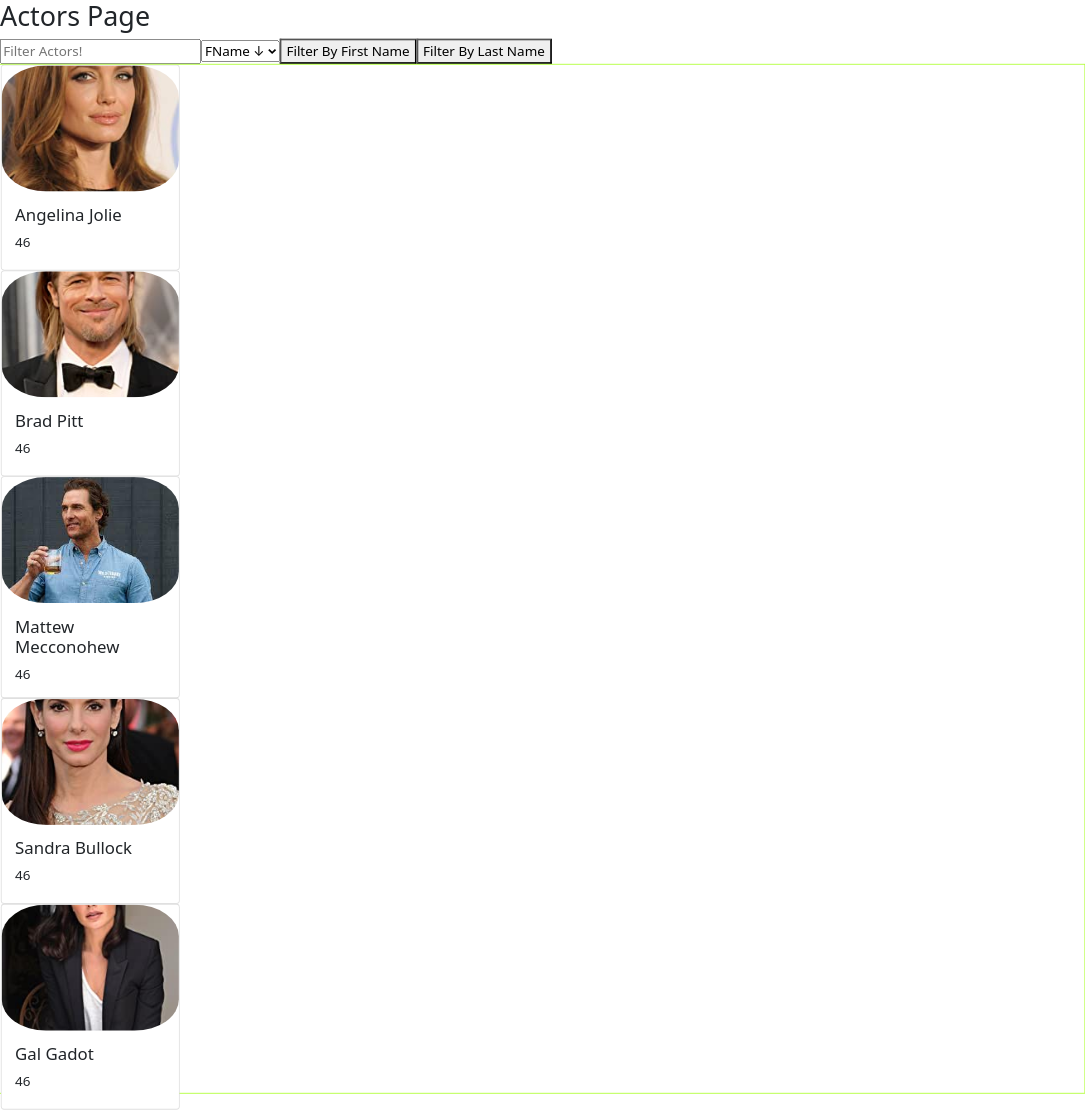
Repository: shuroo/FECourse-react-movieapp
Page: /
An editor plug-in stored every save of this project. The page is shown before and after the next save, followed by the edit.
The browser window is 1280 px wide. The page is 1292 px wide, so the pictures cover 1292 px, including what lies to the right of the window. The pictures show the whole page, at 84% of full size.
The project was rebuilt for these pictures with package versions that can differ from the ones it lists, and the page was loaded fresh each time. Also part of the build but not shown: src/App.css.

Above is the page before, as saved 2021-07-25 11:09:55.

After the next save:
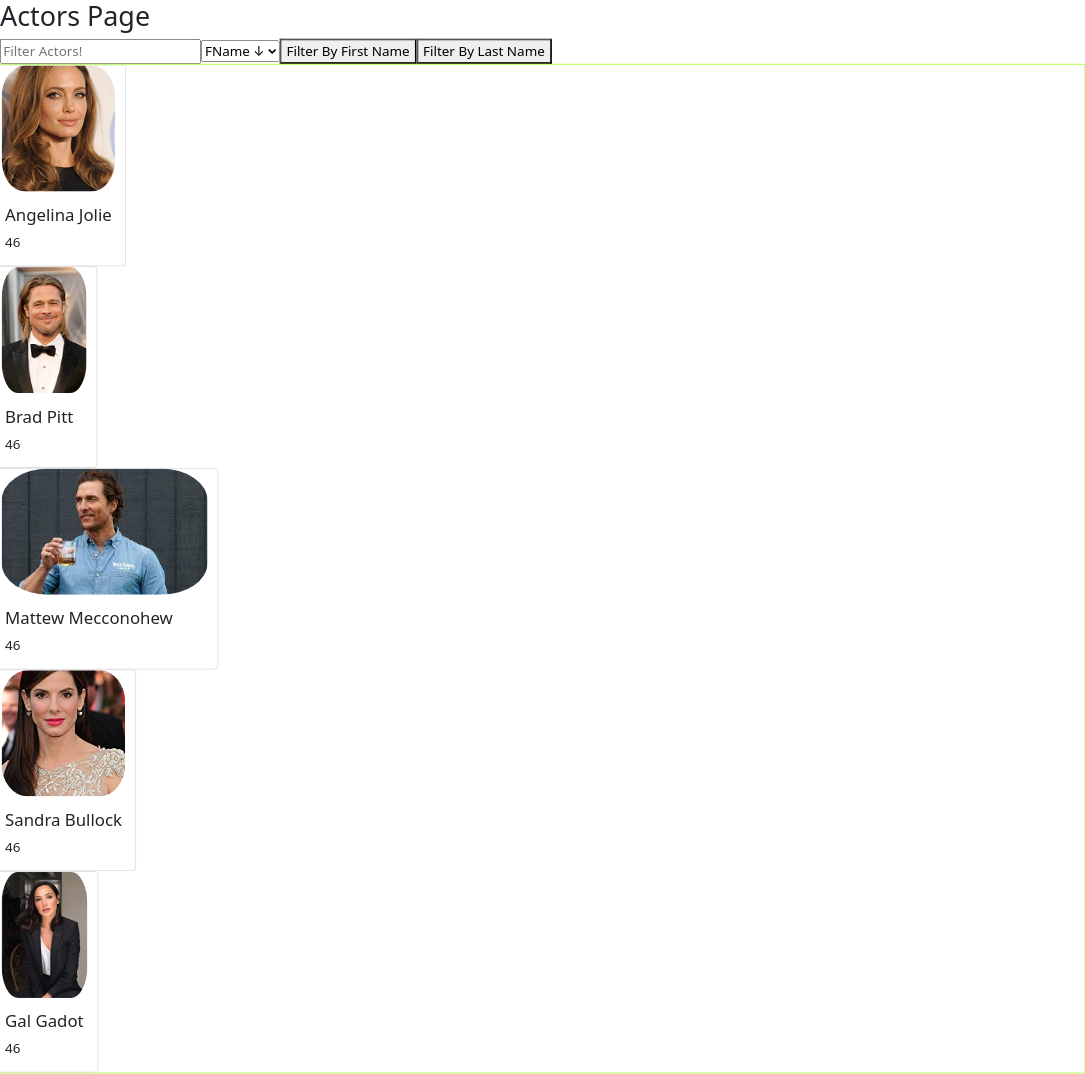
Saved 4 min 35 s later.
--- a/src/components/CardComponent.jsx
+++ b/src/components/CardComponent.jsx
@@ -5,7 +5,7 @@
 
 	return (
 
-<div className="card  col col-md-2 col-lg-2 col-sm-2 " onClick={(e)=>(window.open(actor.imdbLink, '_blank'))}>
+<div className="card  row row-md-2 row-lg-2 row-sm-2 " onClick={(e)=>(window.open(actor.imdbLink, '_blank'))}>
   <img className="actorImg card-img-top" src={actor.image} alt={actor.firstName+" "+actor.lastName}/>
   <div className="card-body">
     <h5 className="card-title">{actor.firstName} {actor.lastName}</h5>

After the save that followed:
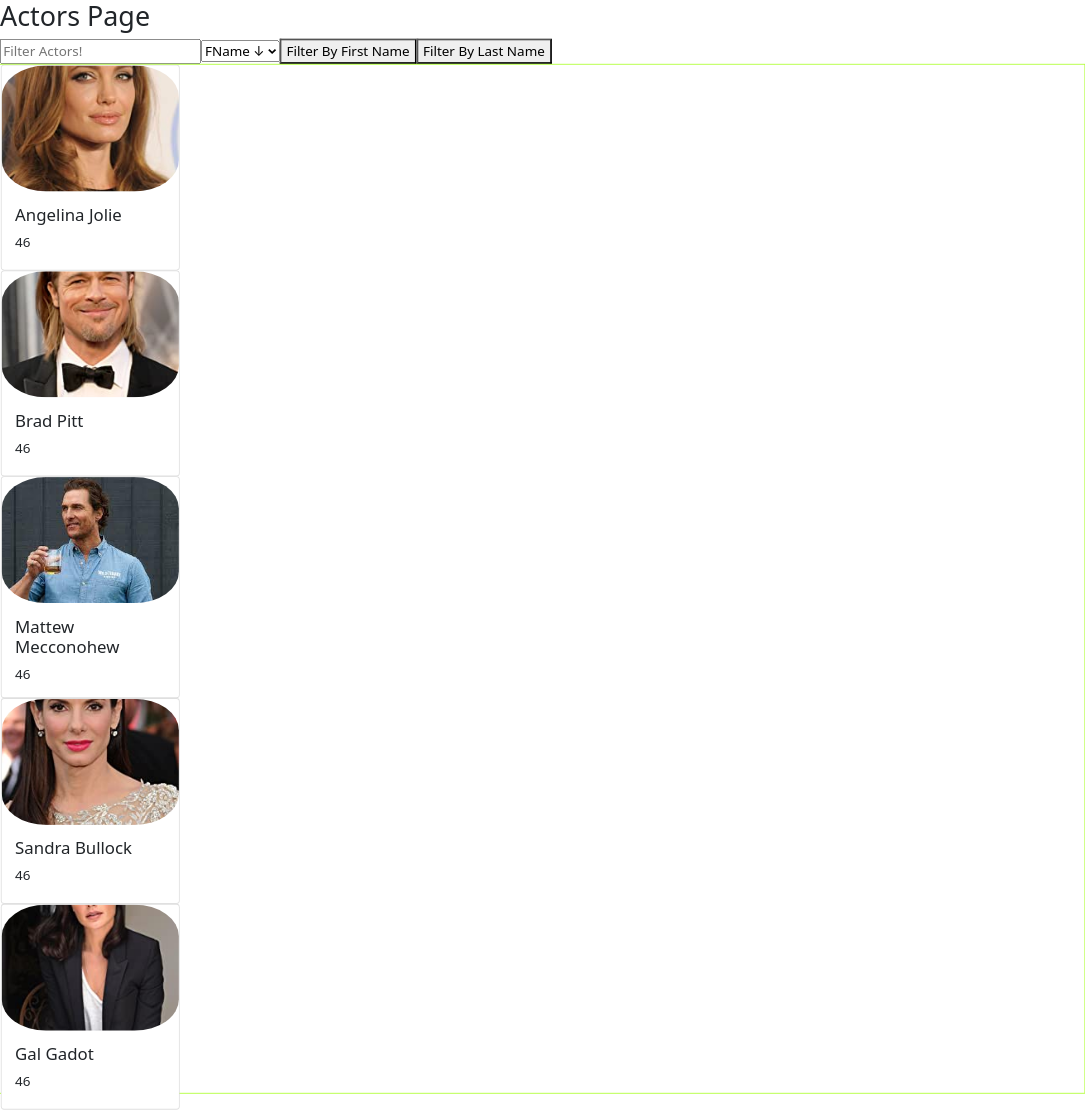
Saved 57 s later.
--- a/src/components/CardComponent.jsx
+++ b/src/components/CardComponent.jsx
@@ -5,7 +5,7 @@
 
 	return (
 
-<div className="card  row row-md-2 row-lg-2 row-sm-2 " onClick={(e)=>(window.open(actor.imdbLink, '_blank'))}>
+<div className="card  col col-md-2 col-lg-2 col-sm-2" onClick={(e)=>(window.open(actor.imdbLink, '_blank'))}>
   <img className="actorImg card-img-top" src={actor.image} alt={actor.firstName+" "+actor.lastName}/>
   <div className="card-body">
     <h5 className="card-title">{actor.firstName} {actor.lastName}</h5>
